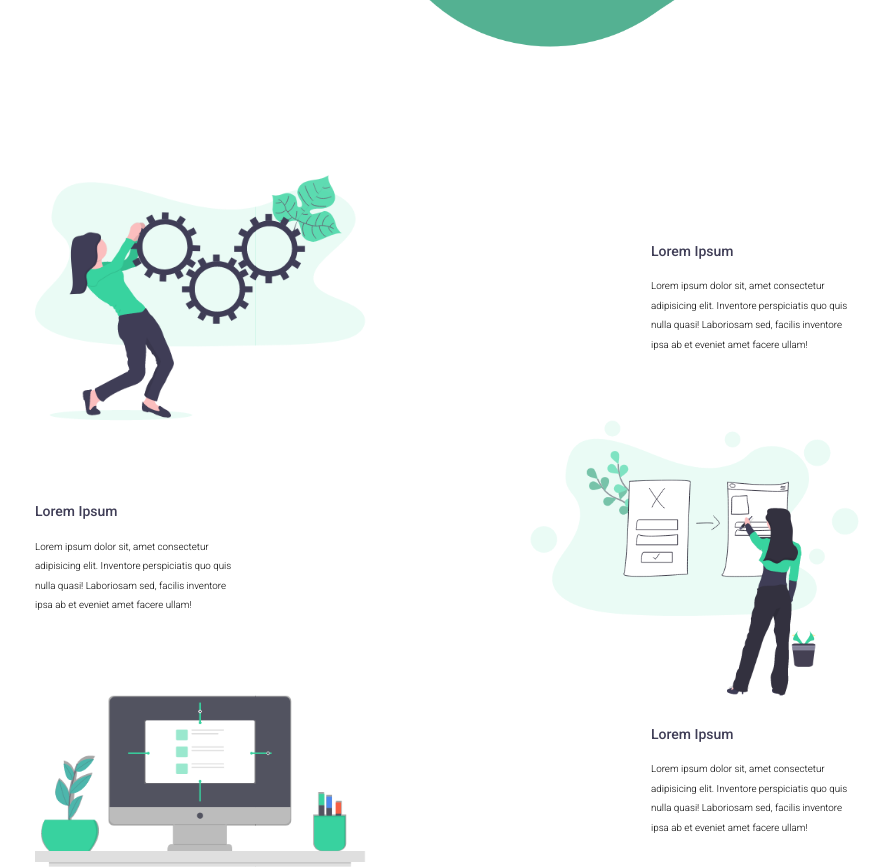
Repository: kebinh1235/porfolio-demo
Page: index.html
These files come from the project's save history. The page is drawn as it stood at one moment and after the next save; the edit follows.
The browser window is 1280 px wide. The pictures show the part of the page from y = 620 to 2540 px (the page is 1859 px tall before and 4713 px after), at 70% of full size.
Some web libraries are served in a nearby version.

Above is the page before, as saved 2021-10-20 16:28:37.

### index.html
<!DOCTYPE html>
<html lang="en">
<head>
  <meta charset="UTF-8">
  <meta http-equiv="X-UA-Compatible" content="IE=edge">
  <meta name="viewport" content="width=device-width, initial-scale=1.0">
  <title>Document</title>
  <!--CSS-->
  <link rel="stylesheet" href="./css/style.css">
</head>
<body>
  <!-- header -->
  <header>
    <div class="container">
      <nav class="navbar">
        <!-- logo -->
        <div class="navbar__logo">
          <img src="./img/logo.svg" alt="Website logo">
        </div>
        <!-- links -->
        <ul class="navbar__list">
          <li class="navbar__item"><a href="#" class="navbar__link">Home</a></li>
          <li class="navbar__item"><a href="#" class="navbar__link">About</a></li>
          <li class="navbar__item"><a href="#" class="navbar__link">Resume</a></li>
          <!-- <li class="navbar__item"><a href="#" class="navbar__link btn navbar__mobile-active">Contact Us</a></li> -->
          <a href="#"><button class="btn navbar__btn">Contact Us</button></a>
        </ul>
        <!-- menu mobile -->
        <div class="navbar__icons">
          <div class="navbar__icon"></div>
        </div>
      </nav>
    </div>
  </header>
  <!-- banner -->
  <section id="banner">
    <div class="container">
      <!-- img -->
      <div class="banner__img">
        <img src="./img/banner-img.png" alt="Of Women">
      </div>
      <!-- heading -->
      <div class="banner__heading">
        <h1>Hello I'm Lisa</h1>
        <p>Lorem ipsum dolor sit amet consectetur adipisicing elit. Sint totam possimus odio voluptates vitae quo repudiandae dolorum quibusdam eveniet eos!</p>
        <a href="#"><button class="btn banner__btn">View More</button></a>
        <div class="banner__social">
          <a href="#"><i class="fab fa-dribbble"></i></a>
          <a href="#"><i class="fab fa-behance"></i></a>
          <a href="#"><i class="fab fa-linkedin-in"></i></a>
        </div>
      </div>
    </div>
  </section>
  <!-- thing to do -->
  <section id="things">
    <div class="container">
      <!-- item 1 -->
      <div class="things__item">
        <!-- img -->
        <img src="./img/things-item-1.png" alt="Of Women">
        <!-- heading -->
        <div class="things__item-heading">
          <span>Lorem Ipsum</span>
          <p>Lorem ipsum dolor sit, amet consectetur adipisicing elit. Inventore perspiciatis quo quis nulla quasi! Laboriosam sed, facilis inventore ipsa ab et eveniet amet facere ullam!</p>
        </div>
      </div>
      <!-- item 2 -->
      <div class="things__item">
        <!-- img -->
        <img src="./img/things-item-2.png" alt="Of Women">
        <!-- heading -->
        <div class="things__item-heading">
          <span>Lorem Ipsum</span>
          <p>Lorem ipsum dolor sit, amet consectetur adipisicing elit. Inventore perspiciatis quo quis nulla quasi! Laboriosam sed, facilis inventore ipsa ab et eveniet amet facere ullam!</p>
        </div>
      </div>
      <!-- item 3 -->
      <div class="things__item">
        <!-- img -->
        <img src="./img/things-item-3.png" alt="Of Women">
        <!-- heading -->
        <div class="things__item-heading">
          <span>Lorem Ipsum</span>
          <p>Lorem ipsum dolor sit, amet consectetur adipisicing elit. Inventore perspiciatis quo quis nulla quasi! Laboriosam sed, facilis inventore ipsa ab et eveniet amet facere ullam!</p>
        </div>
      </div>

    </div>
  </section>
  <!--Font awesome-->
  <script src="https://kit.fontawesome.com/5d1e581bbe.js" crossorigin="anonymous"></script>
  <!--JS-->
  <script src="./js/main.js"></script>
</body>
</html>

### css/style.css
@import url('https://fonts.googleapis.com/css2?family=Roboto:wght@300;500&display=swap');
:root {
  --green: #54B192;
  --green-l: #A4CEC0;
  --gray: #3F3D56;
  --white: #fff;
  --smooth: all .3s linear;
}
* {
  margin: 0;
  padding: 0;
  box-sizing: border-box;
  list-style-type: none;
  text-decoration: none;
}
html {
  scroll-behavior: smooth;
  font-size: 62.5%;
}
body {
  font-family: "Roboto", sans-serif;
}
img {
  max-width: 100%;
  width: 100%;
}
.container {
  max-width: 1200px;
  width: 100%;
  margin: 0 auto;
  padding: 0 10px;
}
.btn {
  text-align: center;
  background: var(--gray);
  color: var(--white);
  padding: .8rem 2.5rem;
  border: none;
  border-radius: 100px;
  cursor: pointer;
  transition: var(--smooth);
}
.btn:hover {
  background: var(--green-l);
  transition: var(--smooth);
}
/*header*/
header {
  position: fixed;
  width: 100%;
}
.navbar {
  display: flex;
  justify-content: space-between;
  align-items: center;
  padding: 20px 0;
}
.navbar__logo {
  width: 57px;
  height: 57px;
  object-fit: cover;
}
.navbar__logo img {
  width: 100%;
}
.navbar__list{
  position: fixed;
  top: 0;
  left: 0;
  bottom: 0;
  background: var(--gray);
  width: 60%;
  max-width: 100%;
  transform: translateX(-100%);
  opacity: 0;
  transition: var(--smooth);
  z-index: 10;
}
.navbar__list.navbar__open {
  transform: translateX(0);
  opacity: 1;
}
.navbar__link{
  padding: 20px;
  font-size: 1.4rem;
  display: block;
  color: var(--white);
}
.navbar__link:hover {
  color: var(--green);
  transition: var(--smooth);
}
.navbar__btn{
  font-size: 1.4rem;
  margin: 20px;
  background: var(--green);
}
/*Menu icon*/
.navbar__icons{
  display: flex;
  justify-content: center;
  align-items: center;
  width: 50px;
  height: 50px;
  cursor: pointer;
  transition: var(--smooth);
  z-index: 10;
}
.navbar__icon{
  width: 40px;
  height: 6px;
  border-radius: 5px;
  background: var(--gray);
  position: relative;
  transition: var(--smooth);
}
.navbar__icon:before,
.navbar__icon:after {
  content: '';
  position: absolute;
  width: 40px;
  height: 6px;
  border-radius: 5px;
  background: var(--gray);
  transition: var(--smooth);
}
.navbar__icon:before {
  transform: translateY(-12px)
}
.navbar__icon:after {
  transform: translateY(12px)
}
/* menu icon animation */
.open .navbar__icon {
  transform: translateX(-50px);
  background: transparent;
}
.open .navbar__icon:before {
  transform: rotate(45deg) translate(35px, -35px);
}
.open .navbar__icon:after {
  transform: rotate(-45deg) translate(35px, 35px);
}
@media screen and (min-width: 992px) {
  .navbar__list {
    display: flex;
    justify-content: flex-end;
    align-items: center;
    transform: translateX(0);
    position: initial;
    opacity: 1;
    background: transparent;
  }
  .navbar__link {
    color: var(--gray);
  }
  .navbar__btn {
    background: var(--gray);
  }
  .navbar__icons {
    display: none;
  }
}

/* banner */
#banner {
  position: relative;
  height: 100vh;
  display: flex;
  align-items: center;
}
.banner__img {
  position: absolute;
  top: 0;
  right: 0;
  z-index: -1;
}
.banner__heading {
  max-width: 300px;
  margin: 0 auto;
  text-align: center;
}
.banner__heading h1 {
  font-size: 2rem;
  padding-top: 4em;
  margin-bottom: .8em;
}
.banner__heading p {
  font-weight: 300;
  line-height: 2em;
  margin-bottom: 1.5em;
  font-size: 1.5rem;
}
.banner__social {
  display: flex;
  align-items: center;
  justify-content: space-evenly;
  margin-top: 3em;
  font-size: 1.5rem;
}
.banner__social a {
  color: var(--gray);
  transition: var(--smooth);
}
.banner__social a:hover {
  color: var(--green-l);
}

@media (min-width: 992px) {
    .banner__img {
      width: 60%;
    }
    .banner__heading {
      text-align: initial;
      margin: 0;
      padding-top: 0;
    }
    .banner__social {
      justify-content: flex-start;
    }
    .banner__social a {
      margin-right: 45px;
    }
}

/* thing to do */
#things {
  position: relative;
  overflow-x: hidden;
  margin-top: 15em;
}
.things__item span {
  display: block;
  text-align: center;
  color: var(--gray);
  margin-bottom: .5em;
  font-size: 2rem;
}
.things__item {
  margin: 3em 0;
}
.things__item img {
  padding-bottom: 4em;
}
.things__item--heading {
  text-align: center;
  color: var(--gray);
}
.things__item-heading p {
  max-width: 300px;
  font-weight: 300;
  line-height: 2em;
  margin: 0 auto;
  padding-top: 1em;
  font-size: 1.4rem;
}

@media (min-width: 992px) {
  .things__item {
    display: flex;
    justify-content: space-between;
    align-items: center;
    margin: 0;
  }
  .things__item img {
    width: 40%;
    padding: 0;
  }
  .things__item--heading {
    width: 45%;
    text-align: initial;
  }
  .things__item span {
    text-align: initial;
  }
  .things__item--heading p {
    max-width: 500px;
    margin: 0;
  }
  .things__item:nth-child(even) img {
    order: 2;
    width: 40%;
    padding-bottom: 0;
  }
  .things__item--heading:nth-child(even) {
    order: 1;
    width: 45%;
    text-align: initial;
  }
}

### js/main.js
const menu = document.querySelector('.navbar__list');
const menuIcon = document.querySelector('.navbar__icons')

menuIcon.addEventListener('click', () =>{
  menu.classList.toggle('navbar__open');
  menuIcon.classList.toggle('open');
})

After the next save:
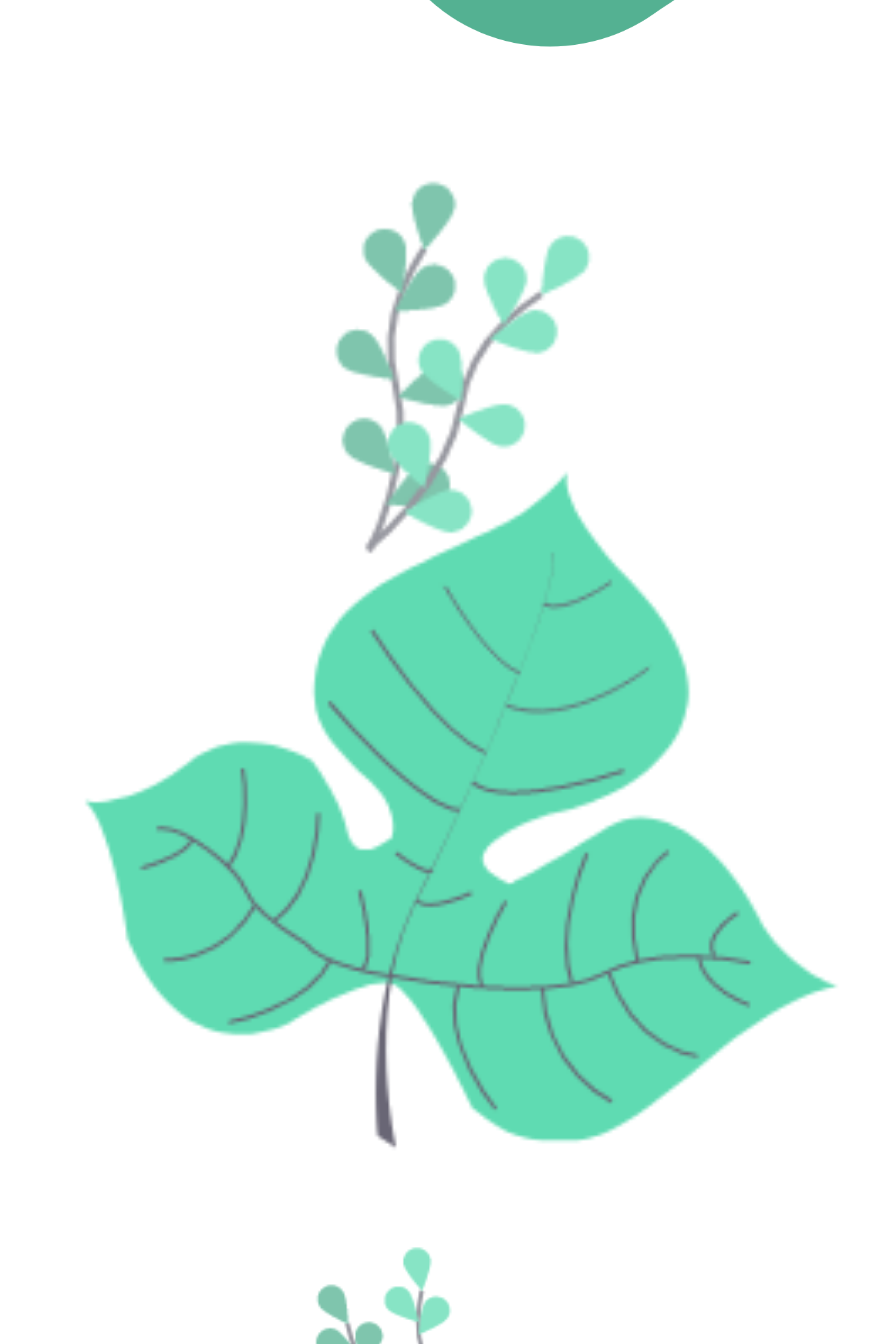
Saved 2 min 45 s later.
--- a/index.html
+++ b/index.html
@@ -55,6 +55,13 @@
   <!-- thing to do -->
   <section id="things">
     <div class="container">
+      <!-- decoration -->
+      <div class="things__dec">
+        <img src="./img/things-dec-l.png" alt="">
+      </div>
+      <div class="things__dec">
+        <img src="./img/things-dec-r.png" alt="">
+      </div>
       <!-- item 1 -->
       <div class="things__item">
         <!-- img -->

After the save that followed:
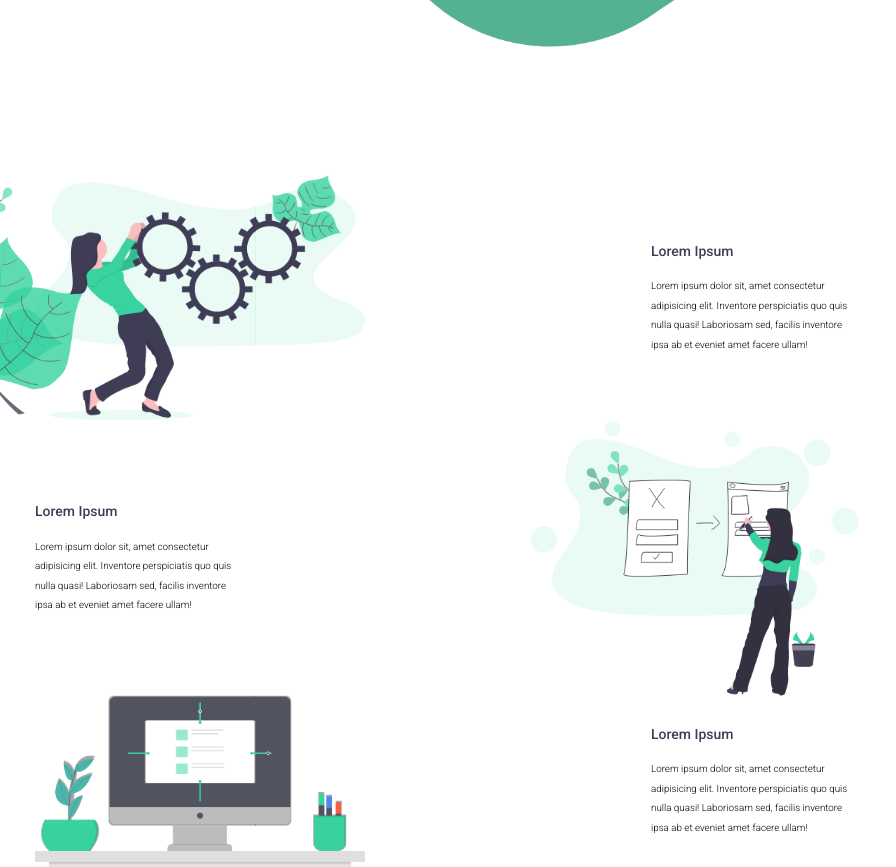
Saved 38 s later.
--- a/css/style.css
+++ b/css/style.css
@@ -229,6 +229,13 @@ header {
   overflow-x: hidden;
   margin-top: 15em;
 }
+.things__dec {
+  position: absolute;
+  top: 0;
+  left: 0;
+  transform: translateX(-60%);
+  z-index: -1;
+}
 .things__item span {
   display: block;
   text-align: center;
